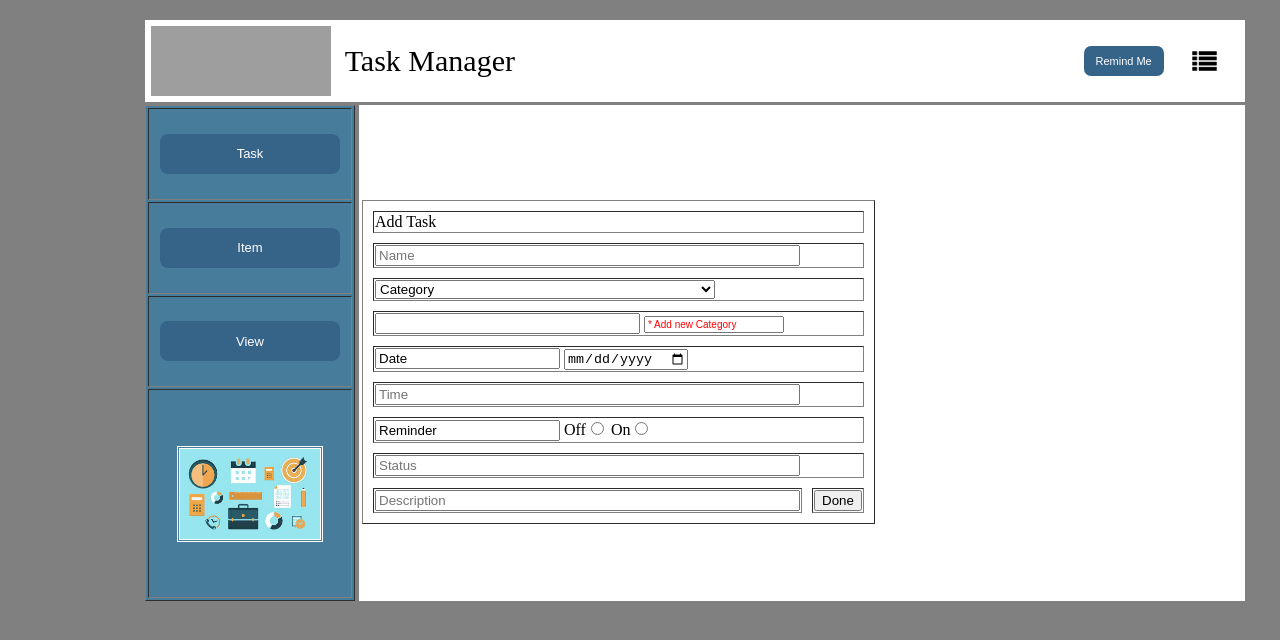
Repository: SnehaSalvi/TaskManagerProject
Page: http://localhost/TaskManagerChecklist/AddTask.jsp
These files come from the project's save history. The page is drawn as it stood at one moment and after the next save; the edit follows.
The browser window is 1280 px wide. The pictures show the whole page.
Pictures or frames that could not be fetched are drawn as grey boxes. The page is served by Tomcat 9.

Above is the page before, as saved 2016-10-14 08:39:55.

After the next save:
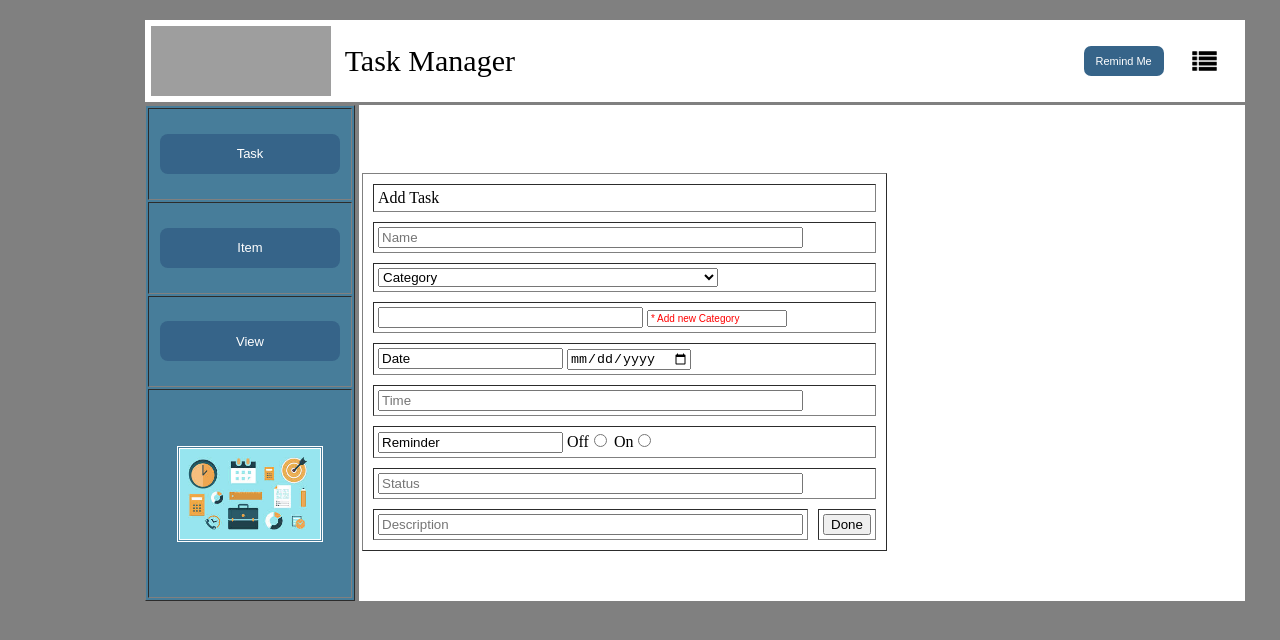
Saved 27 s later.
--- a/TaskManagerChecklist/WebContent/AddTask.jsp
+++ b/TaskManagerChecklist/WebContent/AddTask.jsp
@@ -59,7 +59,7 @@
 				<table id="table3">
 					<tr>
 						<td id="#td6">&nbsp;&nbsp;&nbsp;&nbsp;
-							<table border="1" cellspacing="10">
+							<table border="1" cellspacing="10" cellpadding="4">
 								<tr>
 									<td colspan="2">
 										Add Task
